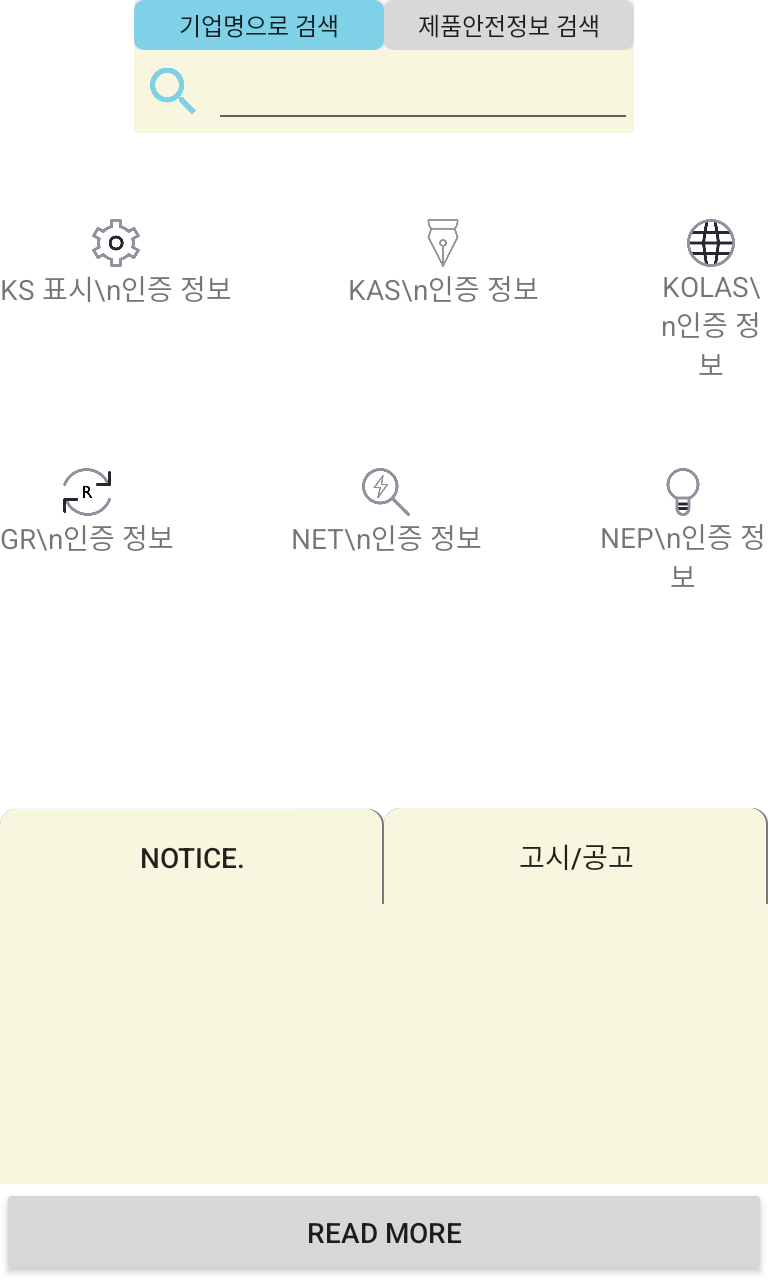
Repository: team-peony/ccfinder
Layout: android/CertifiedCompanyFinder/res/layout/fragment_main.xml
An editor plug-in stored every save of this project. The layout is shown before and after the next save, followed by the edit.
It is drawn on a 768 x 1280 px phone screen (xhdpi) without system bars, with theme AppTheme; the app's code is not run. Lists and similar views that code fills are empty.

Above is the layout before, as saved 2015-02-19 17:43:45.

### android/CertifiedCompanyFinder/res/layout/fragment_main.xml
<RelativeLayout xmlns:android="http://schemas.android.com/apk/res/android"
    xmlns:tools="http://schemas.android.com/tools"
    android:layout_width="match_parent"
    android:layout_height="match_parent"
    android:layout_marginTop="20dp"
    android:background="#FFFFFF"
    tools:context="com.peony.ccfinder.MainActivity$PlaceholderFragment" >

    <!-- 검색어 입력창 부분 -->
    <LinearLayout
        android:id="@+id/main_llSearch"
        android:layout_centerHorizontal="true"
        android:layout_width="250dp"
        android:layout_height="wrap_content"
        android:orientation="vertical">

        <LinearLayout
            android:layout_width="match_parent"
            android:layout_height="wrap_content"
            android:orientation="horizontal">
            <Button
                android:id="@+id/main_btnCompany"
                android:layout_width="0dp"
                android:layout_height="25dp"
                android:layout_weight="1"
                android:padding="0dp"
                android:textSize="12sp"
                android:background="@drawable/search_type_selected"
                android:text="기업명으로 검색"/>

            <Button
                android:id="@+id/main_btnSafety"
                android:layout_width="0dp"
                android:layout_height="25dp"
                android:layout_weight="1"
                android:padding="0dp"
                android:textSize="12sp"
                android:background="@drawable/search_type_unselected"
                android:text="제품안전정보 검색"/>

        </LinearLayout>

        <LinearLayout
            android:layout_width="match_parent"
            android:layout_height="wrap_content"
            android:orientation="horizontal"
            android:background="@color/cc_color_bage"
            android:gravity="center_vertical">

            <ImageView
                android:layout_width="23dp"
                android:layout_height="25dp"
                android:layout_margin="8dp"
                android:src="@drawable/search_icon" />

            <EditText
                android:id="@+id/main_etKeyword"
                android:layout_width="match_parent"
                android:layout_height="wrap_content"
                android:singleLine="true"
                android:imeOptions="actionSearch"/>

        </LinearLayout>
    </LinearLayout>


    <!-- 카테고리 부분 -->
    <LinearLayout
        android:id="@+id/main_llCategories"
        android:layout_width="wrap_content"
        android:layout_height="wrap_content"
        android:layout_marginTop="43dp"
        android:orientation="vertical"
        android:layout_centerHorizontal="true"
        android:layout_below="@id/main_llSearch">
        <!-- 카테고리 상단 -->
        <LinearLayout
            android:layout_width="wrap_content"
            android:layout_height="wrap_content"
            android:orientation="horizontal">

            <!-- KS -->
            <LinearLayout
                android:id="@+id/main_llCategoryKs"
                android:layout_width="wrap_content"
                android:layout_height="wrap_content"
                android:orientation="vertical"
                android:gravity="center">
	            <ImageView
	                android:layout_width="@dimen/category_icon_size"
	                android:layout_height="@dimen/category_icon_size"
	                android:src="@drawable/ks_icon" />

	            <TextView
	                android:layout_width="wrap_content"
	                android:layout_height="wrap_content"
	                android:text="KS 표시\n인증 정보"
	                android:gravity="center"/>
	        </LinearLayout>

            <!-- KAS -->
            <LinearLayout
                android:id="@+id/main_llCategoryKas"
                android:layout_width="wrap_content"
                android:layout_height="wrap_content"
                android:layout_marginLeft="@dimen/category_padding"
                android:layout_marginRight="@dimen/category_padding"
                android:orientation="vertical"
                android:gravity="center">
	            <ImageView
	                android:layout_width="@dimen/category_icon_size"
	                android:layout_height="@dimen/category_icon_size"
	                android:src="@drawable/kas_icon" />

	            <TextView
	                android:layout_width="wrap_content"
	                android:layout_height="wrap_content"
	                android:text="KAS\n인증 정보"
	                android:gravity="center"/>
	        </LinearLayout>

            <!-- KOLAS -->
            <LinearLayout
                android:id="@+id/main_llCategoryKolas"
                android:layout_width="wrap_content"
                android:layout_height="wrap_content"
                android:orientation="vertical"
                android:gravity="center">
	            <ImageView
	                android:layout_width="@dimen/category_icon_size"
	                android:layout_height="@dimen/category_icon_size"
	                android:src="@drawable/kolas_icon" />

	            <TextView
	                android:layout_width="wrap_content"
	                android:layout_height="wrap_content"
	                android:text="KOLAS\n인증 정보"
	                android:gravity="center"/>
	        </LinearLayout>

        </LinearLayout>


        <!-- 카테고리 하단 -->
        <LinearLayout
            android:layout_marginTop="42dp"
            android:layout_width="wrap_content"
            android:layout_height="wrap_content"
            android:orientation="horizontal">
            <!-- GR -->
            <LinearLayout
                android:id="@+id/main_llCategoryGr"
                android:layout_width="wrap_content"
                android:layout_height="wrap_content"
                android:orientation="vertical"
                android:gravity="center">
	            <ImageView
	                android:layout_width="@dimen/category_icon_size"
	                android:layout_height="@dimen/category_icon_size"
	                android:src="@drawable/gr_icon" />

	            <TextView
	                android:layout_width="wrap_content"
	                android:layout_height="wrap_content"
	                android:text="GR\n인증 정보"
	                android:gravity="center"/>
	        </LinearLayout>

            <!-- NET -->
            <LinearLayout
                android:id="@+id/main_llCategoryNet"
                android:layout_width="wrap_content"
                android:layout_height="wrap_content"
                android:layout_marginLeft="@dimen/category_padding"
                android:layout_marginRight="@dimen/category_padding"
                android:orientation="vertical"
                android:gravity="center">
	            <ImageView
	                android:layout_width="@dimen/category_icon_size"
	                android:layout_height="@dimen/category_icon_size"
	                android:src="@drawable/net_icon" />

	            <TextView
	                android:layout_width="wrap_content"
	                android:layout_height="wrap_content"
	                android:text="NET\n인증 정보"
	                android:gravity="center"/>
	        </LinearLayout>

            <!-- NEP -->
            <LinearLayout
                android:id="@+id/main_llCategoryNep"
                android:layout_width="wrap_content"
                android:layout_height="wrap_content"
                android:orientation="vertical"
                android:gravity="center">
	            <ImageView
	                android:layout_width="@dimen/category_icon_size"
	                android:layout_height="@dimen/category_icon_size"
	                android:src="@drawable/nep_icon" />

	            <TextView
	                android:layout_width="wrap_content"
	                android:layout_height="wrap_content"
	                android:text="NEP\n인증 정보"
	                android:gravity="center"/>
	        </LinearLayout>

        </LinearLayout>

    </LinearLayout>

    <!-- 공지 사항 -->
    <LinearLayout
        android:id="@+id/main_llNoticeArea"
        android:layout_width="match_parent"
        android:layout_height="wrap_content"
        android:orientation="vertical"
        android:layout_alignParentBottom="true">

        <!-- 공지 탭 -->
        <LinearLayout
            android:layout_width="match_parent"
            android:layout_height="wrap_content"
            android:orientation="horizontal">
            <Button
	            android:id="@+id/main_btnTabNotice"
	            android:layout_width="0dp"
	            android:layout_height="wrap_content"
	            android:layout_weight="1"
	            android:background="@drawable/notice_tab_selected"
	            android:text="NOTICE."/>

	        <Button
	            android:id="@+id/main_btnTabGosi"
	            android:layout_width="0dp"
	            android:layout_height="wrap_content"
	            android:layout_weight="1"
	            android:background="@drawable/notice_tab_unselected"
	            android:text="고시/공고"/>
        </LinearLayout>

        <ListView
            android:id="@+id/main_lvNotices"
            android:layout_width="match_parent"
            android:layout_height="140dp"
            android:background="@color/cc_color_bage"/>

        <Button
	            android:id="@+id/main_btnReadMore"
	            android:layout_width="match_parent"
	            android:layout_height="wrap_content"
	            android:text="Read more"/>
    </LinearLayout>

</RelativeLayout>

### android/CertifiedCompanyFinder/res/values/styles.xml
<resources>

    <!--
        Base application theme, dependent on API level. This theme is replaced
        by AppBaseTheme from res/values-vXX/styles.xml on newer devices.
    -->
    <style name="AppBaseTheme" parent="Theme.AppCompat.Light">
        <!--
            Theme customizations available in newer API levels can go in
            res/values-vXX/styles.xml, while customizations related to
            backward-compatibility can go here.
        -->
    </style>

    <!-- Application theme. -->
    <style name="AppTheme" parent="AppBaseTheme">
        <!-- All customizations that are NOT specific to a particular API-level can go here. -->
    </style>

</resources>

### android/CertifiedCompanyFinder/res/drawable/search_type_selected.xml
<?xml version="1.0" encoding="utf-8"?>
<shape xmlns:android="http://schemas.android.com/apk/res/android" >
    <solid android:color="@color/cc_color_skyblue"/>
    <corners android:radius="5dp"/>
    <padding android:left="10dp"
        android:top="10dp"
        android:right="10dp"
        android:bottom="10dp"/>

</shape>

### android/CertifiedCompanyFinder/res/drawable/search_type_unselected.xml
<?xml version="1.0" encoding="utf-8"?>
<shape xmlns:android="http://schemas.android.com/apk/res/android" >
    <solid android:color="@color/cc_color_unselected"/>
    <corners android:radius="5dp"/>
    <padding android:left="10dp"
        android:top="10dp"
        android:right="10dp"
        android:bottom="10dp"/>

</shape>

### android/CertifiedCompanyFinder/res/values/colors.xml
<?xml version="1.0" encoding="utf-8"?>
<resources>
    <color name="cc_color_bage">#F8F6DF</color>
    <color name="cc_color_skyblue">#7ED1E6</color>
    <color name="cc_color_unselected">#D8D8D8</color>
    <color name="cc_color_shadow">#7A7A7A</color>
</resources>

### android/CertifiedCompanyFinder/res/values/dimens.xml
<resources>

    <!-- Default screen margins, per the Android Design guidelines. -->
    <dimen name="activity_horizontal_margin">16dp</dimen>
    <dimen name="activity_vertical_margin">16dp</dimen>
	<dimen name="category_icon_size">24dp</dimen>
	<dimen name="category_padding">58dp</dimen>
</resources>

### android/CertifiedCompanyFinder/res/drawable/notice_tab_selected.xml
<?xml version="1.0" encoding="utf-8"?>
<layer-list xmlns:android="http://schemas.android.com/apk/res/android" >
    <item>
        <shape android:shape="rectangle">
            <corners
                android:radius="1dp"
                android:topLeftRadius="8dp"
		        android:topRightRadius="8dp"
		        android:bottomLeftRadius="0dp"
		        android:bottomRightRadius="0dp"/>
			<solid android:color="@color/cc_color_shadow"/>
        </shape>
    </item>

    <item android:right="1dp">
        <shape android:shape="rectangle">
		    <corners
		        android:radius="1dp"
		        android:topLeftRadius="8dp"
		        android:topRightRadius="8dp"
		        android:bottomLeftRadius="0dp"
		        android:bottomRightRadius="0dp"/>
			<solid android:color="@color/cc_color_bage"/>
		</shape>
    </item>
</layer-list>

### android/CertifiedCompanyFinder/res/drawable/notice_tab_unselected.xml
<?xml version="1.0" encoding="utf-8"?>
<layer-list xmlns:android="http://schemas.android.com/apk/res/android" >
    <item>
        <shape android:shape="rectangle">
            <corners
                android:radius="1dp"
                android:topLeftRadius="8dp"
		        android:topRightRadius="8dp"
		        android:bottomLeftRadius="0dp"
		        android:bottomRightRadius="0dp"/>
			<solid android:color="@color/cc_color_shadow"/>
        </shape>
    </item>

    <item android:right="1dp">
        <shape android:shape="rectangle">
		    <corners
		        android:radius="1dp"
		        android:topLeftRadius="8dp"
		        android:topRightRadius="8dp"
		        android:bottomLeftRadius="0dp"
		        android:bottomRightRadius="0dp"/>
			<solid android:color="@color/cc_color_bage"/>
		</shape>
    </item>
</layer-list>

Loaded but not shown: android/CertifiedCompanyFinder/res/values-v11/styles.xml (common file); android/CertifiedCompanyFinder/res/values-v14/styles.xml (common file)

After the next save:
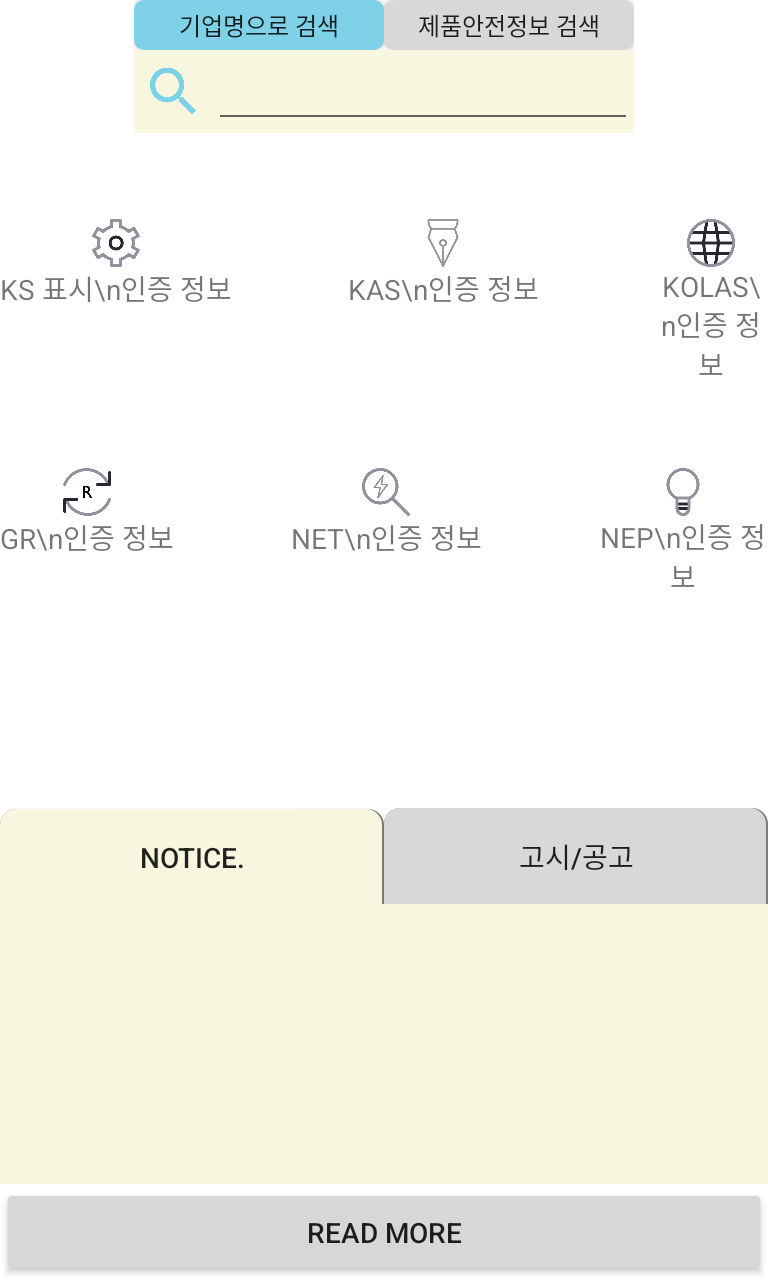
Saved 4 s later.
--- a/android/CertifiedCompanyFinder/res/drawable/notice_tab_unselected.xml
+++ b/android/CertifiedCompanyFinder/res/drawable/notice_tab_unselected.xml
@@ -20,7 +20,7 @@
 		        android:topRightRadius="8dp"
 		        android:bottomLeftRadius="0dp"
 		        android:bottomRightRadius="0dp"/>
-			<solid android:color="@color/cc_color_bage"/>
+			<solid android:color="@color/cc_color_unselected"/>
 		</shape>
     </item>
 </layer-list>
